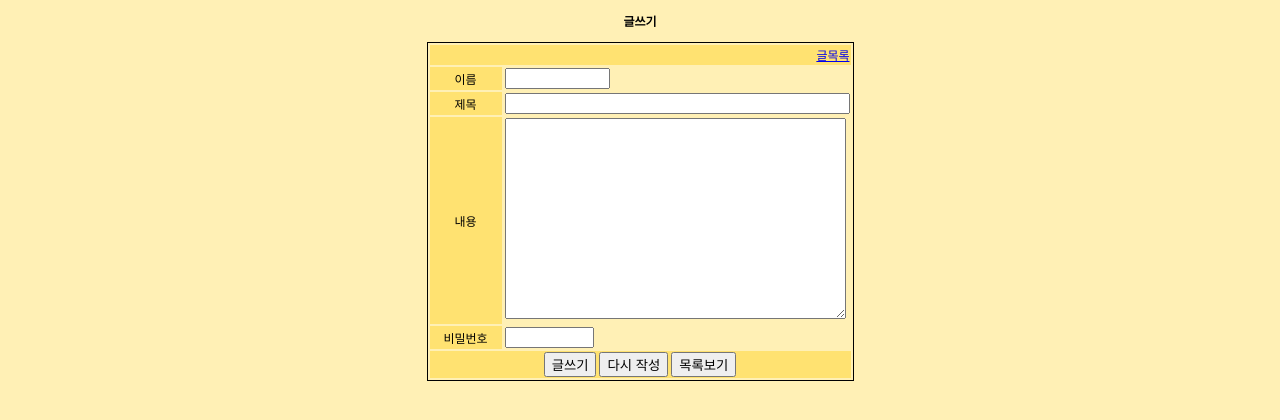
Repository: matodale/StudyJSP
Page: http://localhost/StudyJSP/ch13/writeForm.jsp
The author's editor kept a copy of each file at every save. The page is drawn from the files as they stood at one save, then again after the next save.
The browser window is 1280 px wide. The pictures show the whole page.
The page is served by Tomcat 9.

Above is the page before, as saved 2022-12-24 01:32:50.

After the next save:
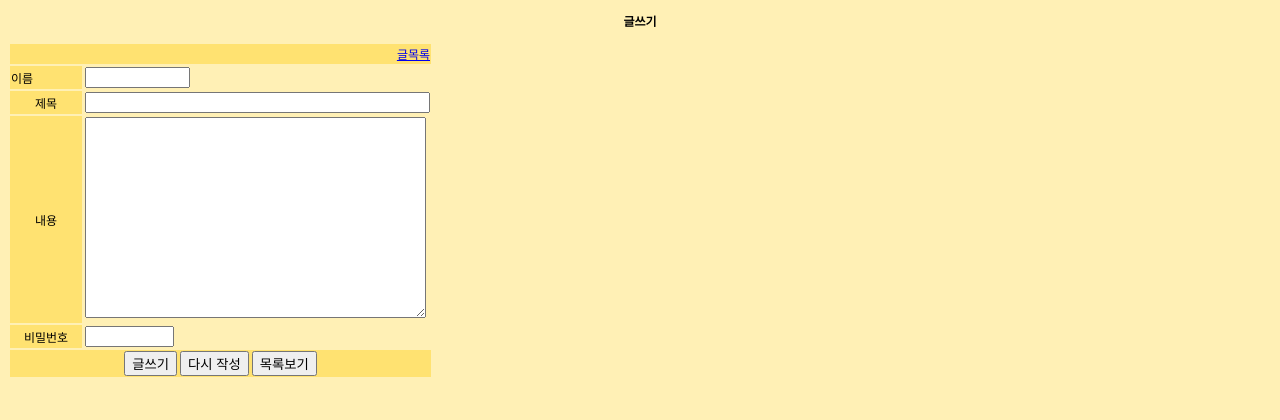
Saved 8 s later.
--- a/StudyJSP/src/main/webapp/ch13/css/style.css
+++ b/StudyJSP/src/main/webapp/ch13/css/style.css
@@ -7,7 +7,7 @@ form {
 	font-size: 9pt;
 }
 
-form table{
+form .table1{
 	margin-left:auto;
 	margin-right:auto;
 	text-align: center;

After the save that followed:
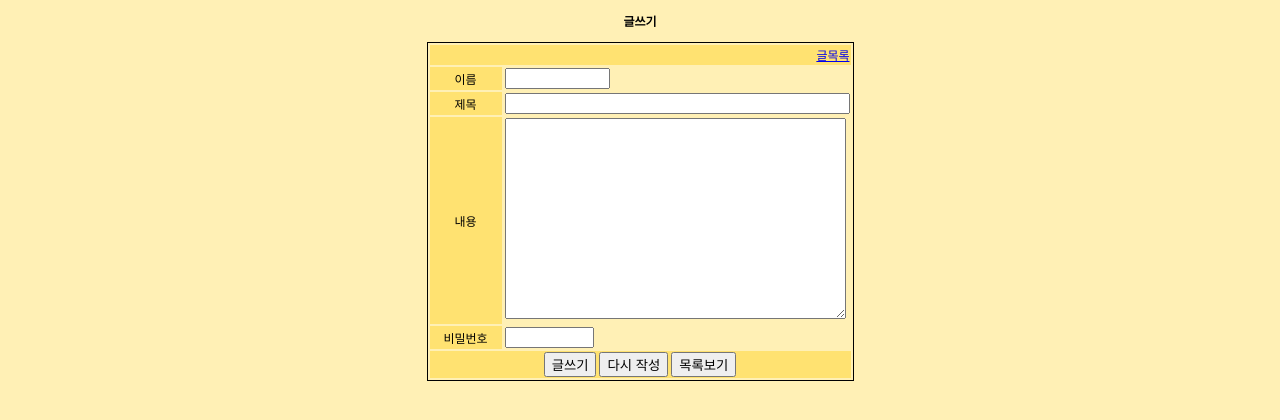
Saved 12 s later.
--- a/StudyJSP/src/main/webapp/ch13/writeForm.jsp
+++ b/StudyJSP/src/main/webapp/ch13/writeForm.jsp
@@ -30,7 +30,7 @@
 		<input type="hidden" name="re_step" value="<%=re_step %>">
 		<input type="hidden" name="re_level" value="<%=re_level %>">
 
-		<table style="">
+		<table class="table1">
 			<tr>
 				<td align="right" colspan="2" bgcolor="<%=value_c%>">
 					<a href="list.jsp">글목록</a>
